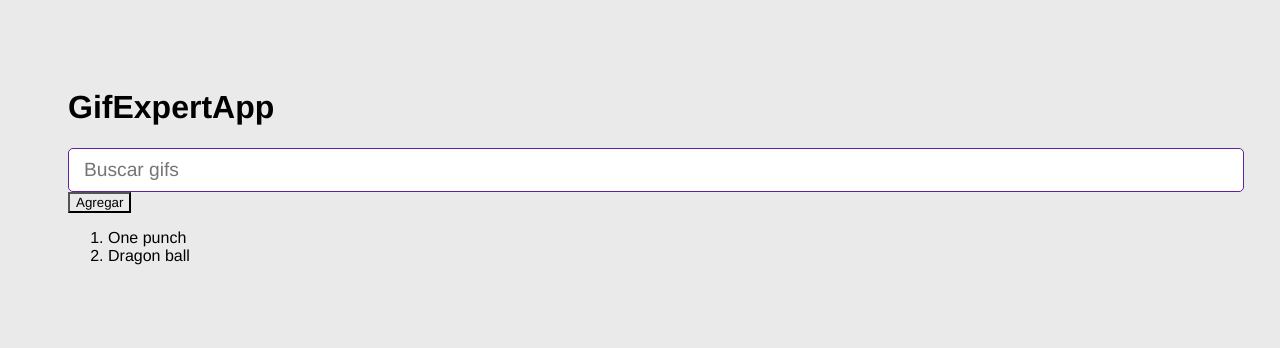
Repository: mmg0206/react-gif-expert
Page: /
An editor plug-in stored every save of this project. The page is shown before and after the next save, followed by the edit.
The browser window is 1280 px wide. The pictures show the whole page.
The project was rebuilt for these pictures with package versions that can differ from the ones it lists, and the page was loaded fresh each time. Also part of the build but not shown: vite.config.js.

Above is the page before, as saved 2024-04-13 19:20:21.

### src/main.jsx
import React from 'react'
import ReactDOM from 'react-dom/client'
import { GifExpertApp } from './GifExpertApp.jsx'
import './styles.css';


ReactDOM.createRoot(document.getElementById('root')).render(
  <React.StrictMode>
    <GifExpertApp/>
  </React.StrictMode>
)

### src/GifExpertApp.jsx
import { useState } from "react";
import {AddCategory} from "./components/AddCategory";

export const GifExpertApp = () => {
  // const apiKey ='Ls33XwmjLip5m9fo9lFfzjgpz7a8Isa8';
  const [categories, setCategories] = useState(['One punch', 'Dragon ball']);

  const onAddCategory =(newValue)=>{
    setCategories(categories.concat(newValue));
  }


  return (
    <>
      {/* titulo */}
      <h1>GifExpertApp</h1>

      {/* input */}
      <AddCategory />

      {/* listado de gifs */}
      <button onClick={()=>onAddCategory('Valorant')}>Agregar</button>
      <ol>
        {
          categories.map(el =>{
              return <li key={el}>{el}</li>
          })
        }
      </ol>
        {/* Gif item */}
    </>
  )
}

### src/components/AddCategory.jsx

export const AddCategory = () => {
  return (
    <input
        type="text"
        placeholder="Buscar gifs"
    />
  )
}

Loaded but not shown: index.html (common file); src/styles.css (common file)

After the next save:
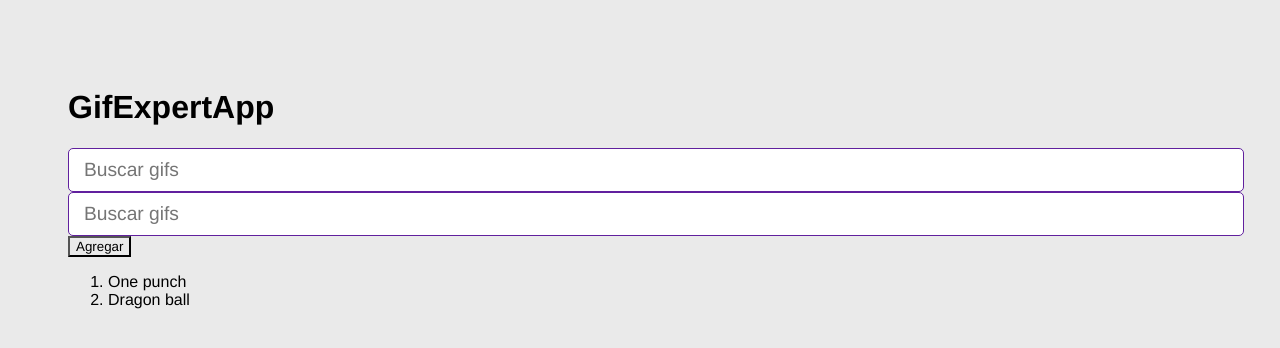
Saved 21 s later.
--- a/src/GifExpertApp.jsx
+++ b/src/GifExpertApp.jsx
@@ -18,6 +18,8 @@
       {/* input */}
       <AddCategory />
 
+      <AddCategory />
+
       {/* listado de gifs */}
       <button onClick={()=>onAddCategory('Valorant')}>Agregar</button>
       <ol>

After the save that followed:
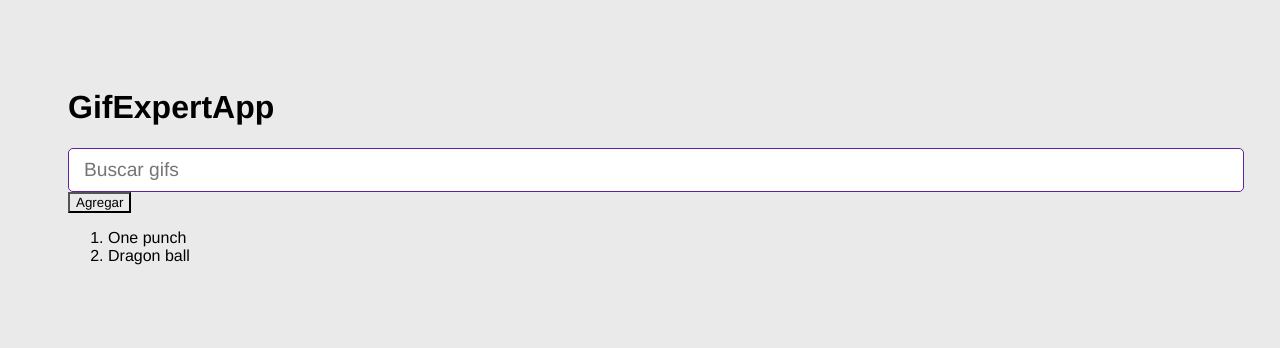
Saved 5 s later.
--- a/src/GifExpertApp.jsx
+++ b/src/GifExpertApp.jsx
@@ -18,8 +18,6 @@
       {/* input */}
       <AddCategory />
 
-      <AddCategory />
-
       {/* listado de gifs */}
       <button onClick={()=>onAddCategory('Valorant')}>Agregar</button>
       <ol>
